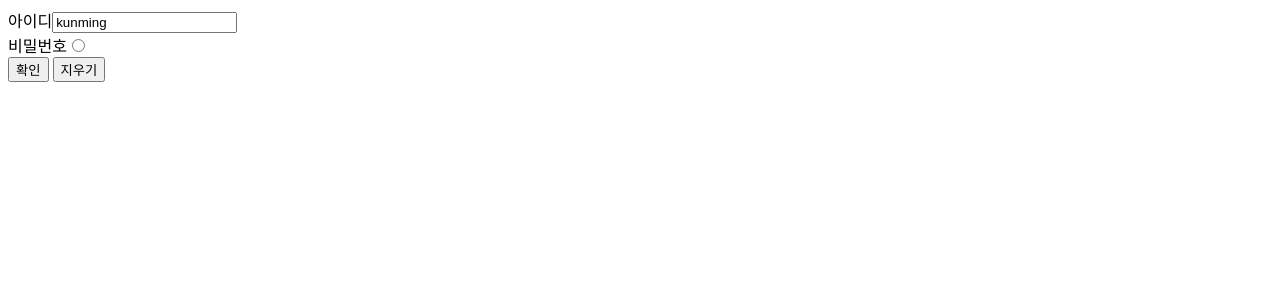
Repository: lee-ruru/jsp_practice
Page: http://localhost/JSPBasic/JspObject/3.cookie/cookie_login.jsp
The author's editor kept a copy of each file at every save. The page is drawn from the files as they stood at one save, then again after the next save.
The browser window is 1280 px wide. The pictures show the whole page.
The page is served by Tomcat 9.

Above is the page before, as saved 2022-02-07 01:10:11.

### JSPBasic/src/main/webapp/JspObject/3.cookie/cookie_login.jsp
<%@ page language="java" contentType="text/html; charset=UTF-8"
    pageEncoding="UTF-8"%>
    <%
    // 생성된 user_id쿠키를 검색해서 쿠키가 존재한다면
    // 로그인 창 대신에 브라우저에 "이미 로그인한 사용자 입니다."
    // 를 출력해주시고, user_id가 없을때는 로그인 입력창이 등장하도록
    // if~else문을 활용해주세요.


    %>
<!DOCTYPE html>
<html>
<head>
<meta charset="UTF-8">
<title>Insert title here</title>
</head>
<body>
<!-- 로그인창은 form으로 구성해주시면 됩니다.
input text 1개(유저 아이디 입력), input password 1개(비밀번호 입력).
목적지는 cookie_login_ok.jsp로 해주세요. -->
	<form action = "cookie_login_ok.jsp" method="post">
	아이디<input type="text" name="user_id" value="kunming" /><br/>
	비밀번호<input type="radio" name="user_password" value="xiamen" /><br/>
	<input type = "submit" value="확인"/>
	<input type = "reset" value="지우기"/>
	</form>

</body>
</html>

After the next save:
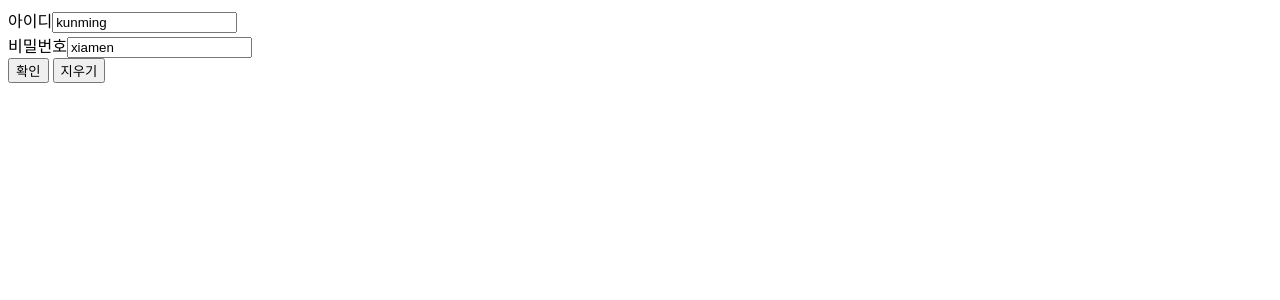
Saved 17 s later.
--- a/JSPBasic/src/main/webapp/JspObject/3.cookie/cookie_login.jsp
+++ b/JSPBasic/src/main/webapp/JspObject/3.cookie/cookie_login.jsp
@@ -20,7 +20,7 @@ input text 1개(유저 아이디 입력), input password 1개(비밀번호 입
 목적지는 cookie_login_ok.jsp로 해주세요. -->
 	<form action = "cookie_login_ok.jsp" method="post">
 	아이디<input type="text" name="user_id" value="kunming" /><br/>
-	비밀번호<input type="radio" name="user_password" value="xiamen" /><br/>
+	비밀번호<input type="text" name="user_password" value="xiamen" /><br/>
 	<input type = "submit" value="확인"/>
 	<input type = "reset" value="지우기"/>
 	</form>
